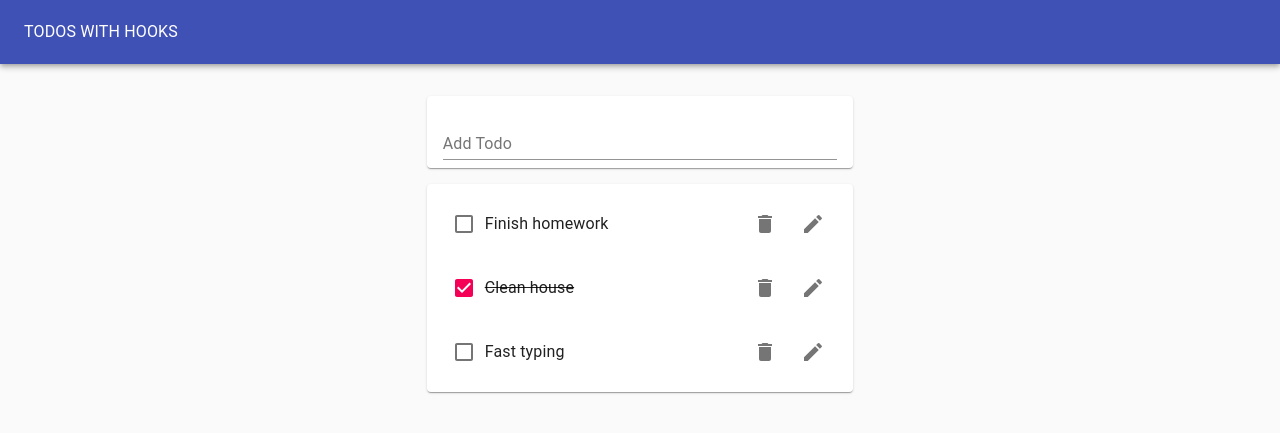
Repository: fulman/todo
Page: /
The author's editor kept a copy of each file at every save. The page is drawn from the files as they stood at one save, then again after the next save.
The browser window is 1280 px wide. The pictures show the whole page.
The project was rebuilt for these pictures with package versions that can differ from the ones it lists, and the page was loaded fresh each time. Also part of the build but not shown: src/EditTodoForm.js.

Above is the page before, as saved 2020-09-27 14:47:29.

### src/App.js
import React from "react";
import TodoApp from "./TodoApp";

function App() {
  return <TodoApp />;
}

export default App;

### src/TodoApp.js
import React, { useState, useEffect } from "react";
import Typography from "@material-ui/core/Typography";
import Paper from "@material-ui/core/Paper";
import AppBar from "@material-ui/core/AppBar";
import Toolbar from "@material-ui/core/Toolbar";
import Grid from "@material-ui/core/Grid";
import TodoList from "./TodoList";
import TodoForm from "./TodoForm";
import { v4 as uuid } from "uuid";

function TodoApp() {
  const initialTodos = [
    { id: 1, task: "Finish homework", completed: false },
    { id: 2, task: "Clean house", completed: true },
    { id: 3, task: "Fast typing", completed: false },
  ];
  const [todos, setTodos] = useState(initialTodos);
  const addTodo = (newTodoText) => {
    setTodos([...todos, { id: uuid(), task: newTodoText, completed: false }]);
  };

  useEffect(() => {
    window.localStorage.setItem("todos", JSON.stringify(todos));
  }, [todos]);

  const removeTodo = (todoId) => {
    const updatedTodos = todos.filter((todo) => todo.id !== todoId);
    setTodos(updatedTodos);
  };

  const toggleTodo = (todoId) => {
    const updatedTodos = todos.map((todo) =>
      todo.id === todoId ? { ...todo, completed: !todo.completed } : todo
    );
    setTodos(updatedTodos);
  };

  const updateTodo = (todoId, newTask) => {
    const updatedTodos = todos.map((todo) =>
      todo.id === todoId ? { ...todo, task: newTask } : todo
    );
    setTodos(updatedTodos);
  };

  return (
    <Paper
      style={{
        padding: 0,
        margin: 0,
        height: "100vh",
        backgroundColor: "#fafafa",
      }}
      elevation={0}
    >
      <AppBar color="primary" position="static" style={{ height: "64px" }}>
        <Toolbar>
          <Typography color="inherit">TODOS WITH HOOKS</Typography>
        </Toolbar>
      </AppBar>
      <Grid container justify="center" style={{ marginTop: "1rem" }}>
        <Grid item xs={11} md={8} lg={4}>
          <TodoForm addTodo={addTodo} />
          <TodoList
            todos={todos}
            removeTodo={removeTodo}
            toggleTodo={toggleTodo}
            updateTodo={updateTodo}
          />
        </Grid>
      </Grid>
    </Paper>
  );
}

export default TodoApp;

### src/TodoList.js
import React from "react";
import Paper from "@material-ui/core/Paper";
import List from "@material-ui/core/List";
import Divider from "@material-ui/core/Divider";
import Todo from "./Todo";

function TodoList({ todos, removeTodo, toggleTodo, updateTodo }) {
  return (
    <Paper>
      <List>
        {todos.map((todo, i) => (
          <>
            <Todo
              id={todo.id}
              key={todo.id}
              task={todo.task}
              completed={todo.completed}
              removeTodo={removeTodo}
              toggleTodo={toggleTodo}
              updateTodo={updateTodo}
            />
            {i < todo.length - 1 && <Divider />}
          </>
        ))}
      </List>
    </Paper>
  );
}

export default TodoList;

### src/TodoForm.js
import React from "react";
import Paper from "@material-ui/core/Paper";
import TextField from "@material-ui/core/TextField";
import useInputState from "./hooks/useInputState";

function TodoForm({ addTodo }) {
  const [value, handleChange, reset] = useInputState("");
  return (
    <Paper style={{ margin: "1rem 0", padding: "0 1rem" }}>
      <form
        onSubmit={(e) => {
          e.preventDefault();
          addTodo(value);
          reset();
        }}
      >
        <TextField
          value={value}
          label="Add Todo"
          margin="normal"
          fullWidth
          onChange={handleChange}
        />
      </form>
    </Paper>
  );
}
export default TodoForm;

### src/Todo.js
import React from "react";
import ListItem from "@material-ui/core/ListItem";
import ListItemText from "@material-ui/core/ListItemText";
import Checkbox from "@material-ui/core/Checkbox";
import IconButton from "@material-ui/core/IconButton";
import ListItemSecondaryAction from "@material-ui/core/ListItemSecondaryAction";
import DeleteIcon from "@material-ui/icons/Delete";
import EditIcon from "@material-ui/icons/Edit";

import useToggleState from "./hooks/useToggleState";
import EditTodoForm from "./EditTodoForm";

function Todo({ id, task, completed, removeTodo, toggleTodo, updateTodo }) {
  const [isEditing, toggle] = useToggleState(false);
  return (
    <ListItem style={{ height: "64px" }}>
      {isEditing ? (
        <EditTodoForm
          task={task}
          id={id}
          toggleEditForm={toggle}
          updateTodo={updateTodo}
        />
      ) : (
        <>
          <Checkbox
            tabIndez={-1}
            checked={completed}
            onClick={() => toggleTodo(id)}
          />
          <ListItemText
            style={{ textDecoration: completed ? "line-through" : "none" }}
          >
            {task}
          </ListItemText>
          <ListItemSecondaryAction>
            <IconButton aria-label="Delete" onClick={() => removeTodo(id)}>
              <DeleteIcon />
            </IconButton>
            <IconButton aria-label="Edit" onClick={toggle}>
              <EditIcon />
            </IconButton>
          </ListItemSecondaryAction>
        </>
      )}
    </ListItem>
  );
}

export default Todo;

### src/hooks/useInputState.js
import { useState } from "react";

export default (initialValue) => {
  const [value, setValue] = useState(initialValue);
  const handleChange = (e) => {
    setValue(e.target.value);
  };
  const reset = () => {
    setValue("");
  };
  return [value, handleChange, reset];
};

### src/hooks/useToggleState.js
import { useState } from "react";

export default (initialValue = false) => {
  const [value, setValue] = useState(initialValue);

  const toggle = () => {
    setValue(!value);
  };

  return [value, toggle];
};

Loaded but not shown: public/index.html (common file); src/index.js (common file); src/index.css (common file); src/serviceWorker.js (common file)

After the next save:
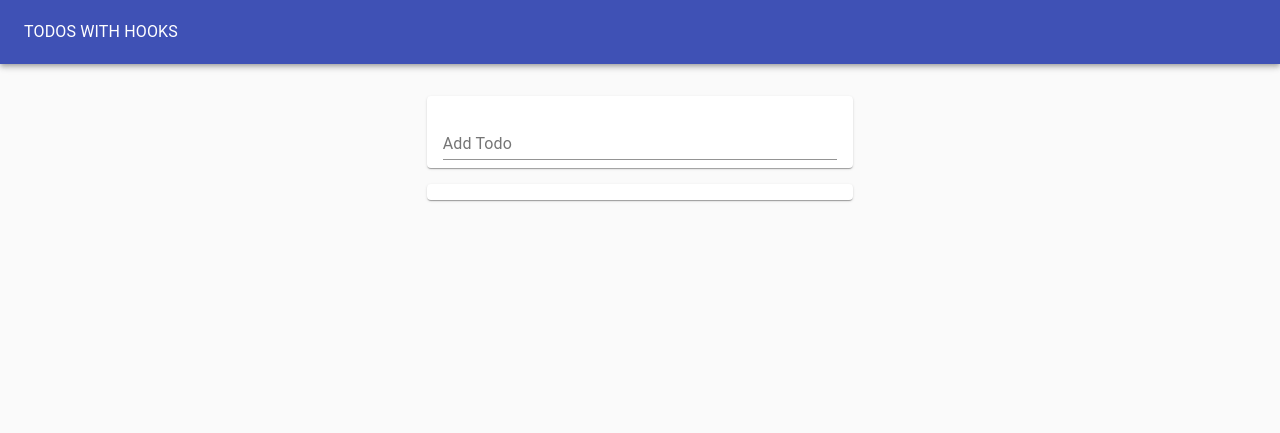
Saved 50 s later.
--- a/src/TodoApp.js
+++ b/src/TodoApp.js
@@ -9,11 +9,7 @@ import TodoForm from "./TodoForm";
 import { v4 as uuid } from "uuid";
 
 function TodoApp() {
-  const initialTodos = [
-    { id: 1, task: "Finish homework", completed: false },
-    { id: 2, task: "Clean house", completed: true },
-    { id: 3, task: "Fast typing", completed: false },
-  ];
+  const initialTodos = JSON.parse(window.localStorage.getItem("todos") || "[]");
   const [todos, setTodos] = useState(initialTodos);
   const addTodo = (newTodoText) => {
     setTodos([...todos, { id: uuid(), task: newTodoText, completed: false }]);
